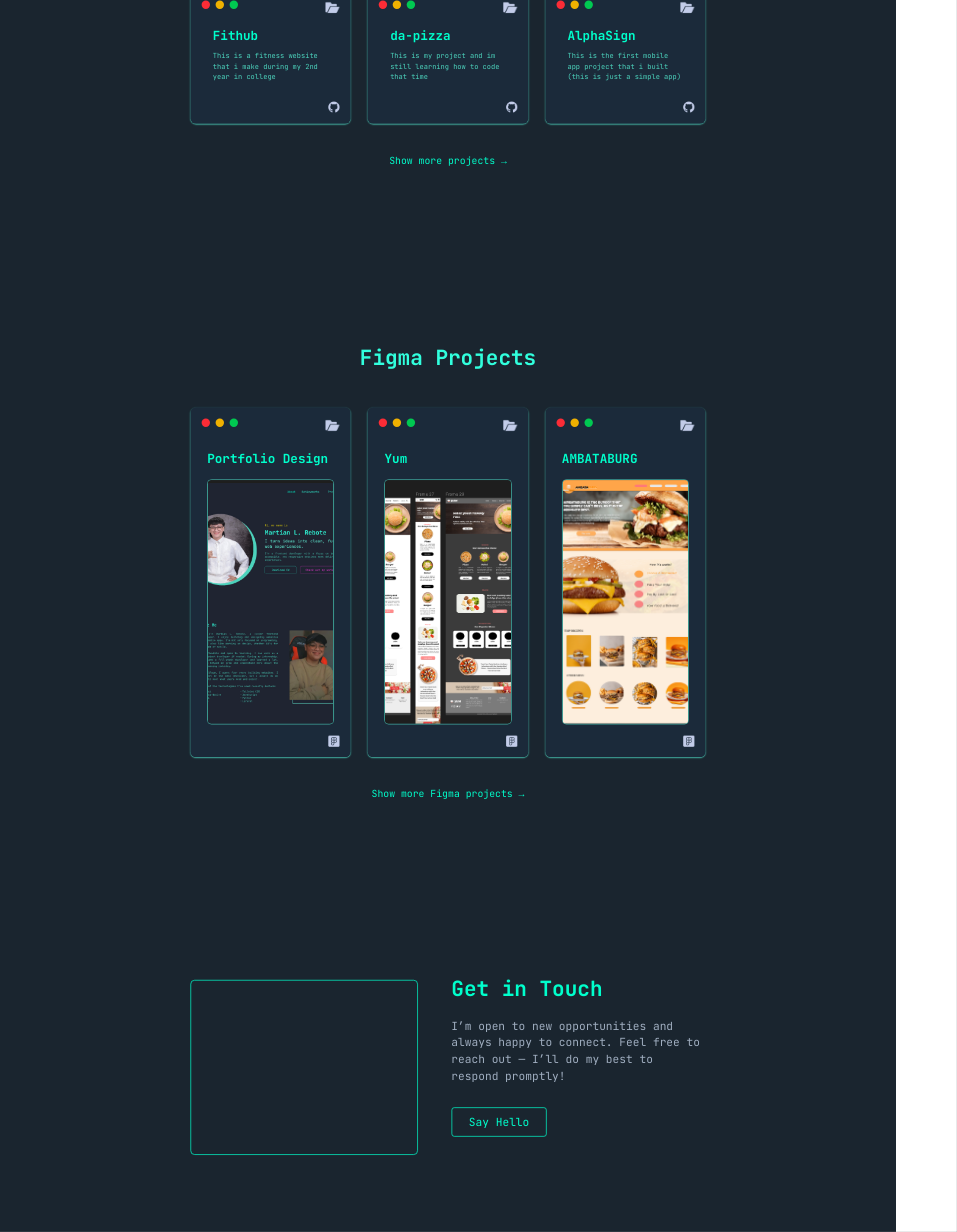
Repository: m4rsu-code/Portfolio
Page: / (app in my-portfolio/)
These files come from the project's save history. The page is drawn as it stood at one moment and after the next save; the edit follows.
The browser window is 1280 px wide. The page is 1367 px wide, so the pictures cover 1367 px, including what lies to the right of the window. The pictures show the part of the page from y = 3207 to 4967 px (the page is 4967 px tall), at 70% of full size.
The project was rebuilt for these pictures with package versions that can differ from the ones it lists, and the page was loaded fresh each time. Also part of the build but not shown: my-portfolio/vite.config.js, my-portfolio/src/assets/components/Modal/AchievementModal.jsx, my-portfolio/src/AchievementsPage.jsx, my-portfolio/src/ProjectPage.jsx, my-portfolio/src/FigmaProjectsPage.jsx.

Above is the page before, as saved 2025-08-04 18:15:47.

### my-portfolio/src/main.jsx
import { StrictMode } from "react";
import { createRoot } from "react-dom/client";
import { BrowserRouter as Router, Routes, Route } from "react-router-dom";
import "./assets/CSS/index.css";
import App from "./App.jsx";
import AchievementsPage from "./AchievementsPage.jsx";
import ProjectPage from "./ProjectPage.jsx";
import FigmaProjectsPage from "./FigmaProjectsPage.jsx";
import ScrollToTop from "./assets/components/ScrollToTop.jsx";

createRoot(document.getElementById("root")).render(
  <StrictMode>
    <Router>
      <ScrollToTop />
      <Routes>
        <Route path="/" element={<App />} />
        <Route path="/achievements" element={<AchievementsPage />} />
        <Route path="/projects" element={<ProjectPage />} />
        <Route path="/figma-projects" element={<FigmaProjectsPage />} />
      </Routes>
    </Router>
  </StrictMode>
);

### my-portfolio/src/assets/CSS/index.css
@import "tailwindcss";

@layer base {
  .font-jetbrains-mono {
    font-family: 'JetBrains Mono', monospace;
  }
}

### my-portfolio/src/App.jsx
import { useState } from 'react';
import { Link } from 'react-router-dom';
import Navbar from './assets/components/Navbar';
import AchievementModal from './assets/components/Modal/AchievementModal';
import './assets/CSS/animation.css';
import { achievements, projects, figmaProjects } from './assets/components/data';
import ScrollToTopButton from './assets/components/ScrollToTopButton';

function App() {
  const [isModalOpen, setIsModalOpen] = useState(false);
  const [selectedAchievement, setSelectedAchievement] = useState(null);

  const openModal = (achievement) => {
    setSelectedAchievement(achievement);
    setIsModalOpen(true);
  };

  const closeModal = () => {
    setIsModalOpen(false);
    setSelectedAchievement(null);
  };

  return (
    <div className='min-h-screen bg-[#1A252F]'>
      <Navbar />
      <ScrollToTopButton />
      <div className='w-full px-60 py-10'>
        {/* Introduction Section */}
        <div className="flex flex-col items-center justify-center mt-30">
          <div className="flex flex-col md:flex-row items-center justify-center gap-35 px-8 py-16">
            {/* Image with Glowing Effect */}
            <div className="relative">
              <div className="rounded-full border-[2px] border-[#00FFCC] overflow-hidden w-[500px] h-[500px] animate-glow">
                <img
                  src="/Images/me.png"
                  alt="Martian L. Rebote"
                  className="object-cover w-full h-full"
                />
              </div>
            </div>

            {/* Text Content */}
            <div className="text-center md:text-left font-jetbrains-mono">
              <div className='w-full md:w-[750px]'>
                <p className="text-[#FFEA00] text-[18px]">Hi, my name is</p>
                <h1 className="text-[#00FFCC] text-[45px] font-bold mt-2">Martian L. Rebote</h1>
                <p className="text-base text-[30px] font-bold text-[#57CDB9] mt-4">
                  I turn ideas into clean, functional web experiences.
                </p>
                <p className="mt-4 text-[#4CD2BC] leading-relaxed text-[18px]">
                  I’m a frontend developer with a focus on building fast, accessible, and responsive websites that deliver great user experiences.
                </p>
              </div>

              <div className="mt-6 flex flex-col sm:flex-row items-center gap-4">
                <a href="/Martian_Rebote_CV.pdf" className="border border-[#00FFCC] px-5 py-2 rounded-md text-[#00FFCC] hover:bg-[#00FFCC] hover:text-black transition-colors">
                  Download CV
                </a>
                <a href="#projects" className="border border-[#FF38E5] px-5 py-2 rounded-md text-[#FF38E5] hover:bg-[#FF38E5] hover:text-black transition-colors">
                  Check out my work!
                </a>
              </div>
            </div>
          </div>
        </div>

        {/* About Me Section */}
        <div id="about" className="flex flex-col mt-30">
          <div className='flex flex-col md:flex-row items-center justify-between gap-10 px-8 py-16'>
            <div className='w-full md:w-[800px] text-left font-jetbrains-mono'>
              <h2 className='text-[#31FFDD] text-[30px] font-bold mb-7'>About Me</h2>
              <div className='w-full md:w-[900px] text-justify px-5'>
                <p className='text-[#4CD2BC] text-[18px] mt-4'>
                  Hi, I’m Martian L. Rebote, a junior frontend developer. I enjoy building and designing websites and mobile apps. I’m not only focused on programming, but I also like working on design, whether it’s for the web or mobile.
                </p>
                <p className='text-[#4CD2BC] text-[18px] mt-4'>
                  I’m flexible and open to learning. I can work as a full-stack developer if needed. During my internship, I became a full-stack developer and learned a lot, which helped me grow and understand more about the programming industry.
                </p>
                <p className='text-[#4CD2BC] text-[18px] mt-4'>
                  Some of the technologies I’ve used recently include:
                </p>

                <div className='flex flex-col sm:flex-row gap-10 mt-4'>
                  <ul className='text-[#4CD2BC] text-[18px] mt-2 list-disc pl-5'>
                    <li>React</li>
                    <li>React-Native</li>
                    <li>HTML</li>
                    <li>CSS</li>
                  </ul>
                  <ul className='text-[#4CD2BC] text-[18px] mt-2 list-disc pl-5'>
                    <li>Tailwind CSS</li>
                    <li>JavaScript</li>
                    <li>Python</li>
                    <li>Laravel</li>
                  </ul>
                </div>
              </div>
            </div>

            <div className="relative image-container w-[380px] h-[450px] group cursor-pointer">
              <div className="absolute left-5 w-full h-full border-3 border-[#00FFCC] rounded-[10px] uneven-box z-0 transition-transform duration-300 ease-in-out"></div>
              <div className="relative z-10 rounded-[10px] overflow-hidden w-full h-full transition-transform duration-300 ease-in-out group-hover:translate-x-[-10px] group-hover:translate-y-[-10px]">
                <img
                  src="/Images/me2.jpg"
                  alt="Martian L. Rebote"
                  className="object-cover w-full h-full"
                />
              </div>
            </div>
          </div>
        </div>

        {/* Achievements Section */}
        <div id="achievements" className="flex flex-col mt-30 px-8 py-16 font-jetbrains-mono">
          <h2 className="text-[#31FFDD] text-[30px] font-bold mb-12">Notable Achievements</h2>

          {/* Cards Grid - Limited to first 2 achievements */}
          <div>
            {/* First Row */}
            <div className="grid md:grid-cols-2 gap-10">
              {/* Left card (code-like box with image) */}
              <div className="bg-[#1B2A3A] rounded-lg p-4 flex flex-col h-96">
                <div className="flex gap-2 mb-4">
                  <div className="w-3 h-3 bg-red-500 rounded-full"></div>
                  <div className="w-3 h-3 bg-yellow-500 rounded-full"></div>
                  <div className="w-3 h-3 bg-green-500 rounded-full"></div>
                </div>
                <div
                  className="border border-[#4CD2BC] rounded-md flex-grow overflow-hidden group cursor-pointer"
                  onClick={() => openModal(achievements[0])}
                >
                  <img
                    src={achievements[0].image}
                    alt="Achievement Image"
                    className="w-full h-full object-cover transition-transform duration-300 ease-in-out group-hover:scale-110"
                  />
                </div>
              </div>

              {/* Right card (trophy + achievement with text) */}
              <div className="flex flex-col h-64">
                <p className="text-[#31FFDD] text-sm mb-2">Featured Achievement</p>
                <h3 className="text-[#31FFDD] text-lg font-bold flex items-center gap-2">
                  🏆 {achievements[0].title}
                </h3>
                <div className="border border-[#4CD2BC] rounded-md flex-grow mt-4 p-4 text-[#4CD2BC] text-sm overflow-auto">
                  {achievements[0].description}
                </div>
                <p className="text-[#4CD2BC] text-sm mt-2">Date: {achievements[0].date}</p>
              </div>
            </div>

            {/* Second Row */}
            <div className="grid md:grid-cols-2 gap-10 mt-10">
              {/* Left card (trophy + achievement with text) */}
              <div className="flex flex-col h-64">
                <p className="text-[#31FFDD] text-sm mb-2">Featured Achievement</p>
                <h3 className="text-[#31FFDD] text-lg font-bold flex items-center gap-2">
                  🏆 {achievements[1].title}
                </h3>
                <div className="border border-[#4CD2BC] rounded-md flex-grow mt-4 p-4 text-[#4CD2BC] text-sm overflow-auto">
                  {achievements[1].description}
                </div>
                <p className="text-[#4CD2BC] text-sm mt-2">Date: {achievements[1].date}</p>
              </div>

              {/* Right card (code-like box with image) */}
              <div className="bg-[#1B2A3A] rounded-lg p-4 flex flex-col h-96">
                <div className="flex gap-2 mb-4">
                  <div className="w-3 h-3 bg-red-500 rounded-full"></div>
                  <div className="w-3 h-3 bg-yellow-500 rounded-full"></div>
                  <div className="w-3 h-3 bg-green-500 rounded-full"></div>
                </div>
                <div
                  className="border border-[#4CD2BC] rounded-md flex-grow overflow-hidden group cursor-pointer"
                  onClick={() => openModal(achievements[1])}
                >
                  <img
                    src={achievements[1].image}
                    alt="Achievement Image"
                    className="w-full h-full object-cover transition-transform duration-300 ease-in-out group-hover:scale-110"
                  />
                </div>
              </div>
            </div>
          </div>

          {/* Show more link */}
          <div className="text-center mt-10">
            <Link
                to="/achievements"
                state={{ achievements }}
                className="text-[#31FFDD] text-sm hover:underline"
              >
                Show more achievements →
              </Link>
          </div>
        </div>

        {/* Project Section */}
        <div id='projects' className="flex flex-col mt-30 px-8 py-16 font-jetbrains-mono">
          <h2 className="text-[#31FFDD] text-[30px] text-center font-bold mb-12">Featured Projects</h2>
          <div className="grid grid-cols-1 sm:grid-cols-2 lg:grid-cols-3 gap-6">
            {projects.slice(0, 6).map((project) => (
              <div
                key={project.id}
                className="bg-[#1B2A3A] rounded-lg p-4 flex flex-col h-48 relative group shadow-xs shadow-[#4CD2BC] cursor-pointer transform transition-transform duration-300 ease-in-out hover:-translate-y-2"
              >
                <div className="flex gap-2">
                  <div className="w-3 h-3 bg-red-500 rounded-full"></div>
                  <div className="w-3 h-3 bg-yellow-500 rounded-full"></div>
                  <div className="w-3 h-3 bg-green-500 rounded-full"></div>
                  <div className="justify-end ml-auto">
                    <img src="/Images/open-folder.png" alt="Folder Icon" className="w-5 h-5" />
                  </div>
                </div>
                <div className="text-left rounded-md flex-grow p-4">
                  <h3 className="text-[#00FFCC] text-[18px] font-bold mb-2">{project.title}</h3>
                  <p className="text-[#4CD2BC] text-[10px]">{project.description}</p>
                </div>
                <div className="flex justify-end gap-2">
                  {project.githubLink ? (
                    <a href={project.githubLink} target="_blank" rel="noopener noreferrer" aria-label={`View ${project.title} on GitHub`}>
                      <img
                        src="/Images/github.png"
                        alt="GitHub Icon"
                        className="w-4 h-4 hover:invert hover:brightness-0 hover:sepia hover:saturate-[100%]"
                      />
                    </a>
                  ) : (
                    <img
                      src="/Images/github.png"
                      alt="GitHub Icon"
                      className="w-4 h-4 hover:invert hover:brightness-0 hover:sepia hover:saturate-[100%]"
                    />
                  )}
                  {project.title === 'Portfolio' && project.link && (
                    <a href={project.link} target="_blank" rel="noopener noreferrer" aria-label="View Portfolio Website">
                      <img
                        src="/Images/link.png"
                        alt="Link Icon"
                        className="w-4 h-4 hover:invert hover:brightness-0 hover:sepia hover:saturate-[100%]"
                      />
                    </a>
                  )}
                </div>
              </div>
            ))}
          </div>

          {projects.length > 6 && (
            <div className="text-center mt-10">
              <Link
                to="/projects"
                state={{ projects }}
                className="text-[#00FFCC] text-sm hover:underline"
              >
                Show more projects →
              </Link>
            </div>
          )}
        </div>

        {/* Figma Projects Section */}
        <div className="flex flex-col mt-30 px-8 py-16 font-jetbrains-mono">
          <h2 className="text-[#31FFDD] text-[30px] text-center font-bold mb-12">Figma Projects</h2>
          <div className="grid grid-cols-1 sm:grid-cols-2 lg:grid-cols-3 gap-6">
            {figmaProjects.slice(0, 3).map((project) => (
              <div
                key={project.id}
                className="bg-[#1B2A3A] rounded-lg p-4 flex flex-col h-[500px] relative group shadow-xs shadow-[#4CD2BC] cursor-pointer transform transition-transform duration-300 ease-in-out hover:-translate-y-2"
              >
                {/* Header with window controls and folder icon */}
                <div className="flex gap-2 mb-4">
                  <div className="w-3 h-3 bg-red-500 rounded-full"></div>
                  <div className="w-3 h-3 bg-yellow-500 rounded-full"></div>
                  <div className="w-3 h-3 bg-green-500 rounded-full"></div>
                  <div className="justify-end ml-auto">
                    <img src="/Images/open-folder.png" alt="Folder Icon" className="w-5 h-5" />
                  </div>
                </div>

                {/* Project Title */}
                <div className="flex items-start justify-start p-2">
                  <h3 className="text-[#00FFCC] text-[18px] font-bold">{project.title}</h3>
                </div>

                {/* Image with Border and No Overlap */}
                <div className="flex-grow flex items-center justify-center p-2">
                  <div className="border border-[#4CD2BC] rounded-md w-full h-[350px] overflow-hidden ">
                    <img
                      src={project.image}
                      alt={`${project.title} Image`}
                      className="w-full h-full object-cover"
                      onError={(e) => (e.target.src = '/Images/fallback.png')}
                      loading="lazy"
                    />
                  </div>
                </div>

                {/* Figma Link */}
                <div className="flex justify-end gap-2 mt-2">
                  {project.figmaLink && (
                    <a
                      href={project.figmaLink}
                      target="_blank"
                      rel="noopener noreferrer"
                      aria-label={`View ${project.title} on Figma`}
                    >
                      <img
                        src="/Images/figma.png"
                        alt="Figma Icon"
                        className="w-4 h-4 hover:invert hover:brightness-0 hover:sepia hover:saturate-[100%]"
                      />
                    </a>
                  )}
                </div>
              </div>
            ))}
          </div>
          {figmaProjects.length > 3 && (
            <div className="text-center mt-10">
              <Link
                to="/figma-projects"
                state={{ figmaProjects }}
                className="text-[#00FFCC] text-sm hover:underline"
              >
                Show more Figma projects →
              </Link>
            </div>
          )}
        </div>

        {/* Contact section */}
        <div className="flex flex-col mt-30 px-8 py-16 font-jetbrains-mono">
          <div className="flex flex-col md:flex-row items-center justify-center gap-12 max-w-6xl w-full">

            {/* Left side — the outlined box */}
            <div className="border border-[#00FFCC]  md:w-[400px] md:h-[250px] rounded-md"></div>

            {/* Right side — text, button, and icons */}
            <div className="text-center md:text-left">
              <h2 className="text-[#00FFCC] text-2xl md:text-3xl font-bold mb-6">Get in Touch</h2>
              <p className="text-[#A0AEC0] text-sm md:text-base mb-8 max-w-md">
                I’m open to new opportunities and always happy to connect. Feel free to reach out — I’ll do my best to respond promptly!
              </p>
              <button className="border border-[#00FFCC] text-[#00FFCC] px-6 py-2 rounded hover:bg-[#00FFCC] hover:text-[#131A26] transition duration-300 mb-8">
                Say Hello
              </button>

              {/* Social icons */}
              <div className="flex items-center justify-center md:justify-start gap-4 text-[#A0AEC0]">
                <a href="#" className="hover:text-[#00FFCC]">
                  <i className="fab fa-facebook text-2xl"></i>
                </a>
                <a href="#" className="hover:text-[#00FFCC]">
                  <i className="fab fa-instagram text-2xl"></i>
                </a>
                <a href="#" className="hover:text-[#00FFCC]">
                  <i className="fab fa-x-twitter text-2xl"></i>
                </a>
                <a href="#" className="hover:text-[#00FFCC]">
                  <i className="fab fa-linkedin text-2xl"></i>
                </a>
              </div>
            </div>
          </div>
        </div>


        {/* Modal */}
        {isModalOpen && selectedAchievement && (
          <AchievementModal
            image={selectedAchievement.image}
            title={selectedAchievement.title}
            description={selectedAchievement.description}
            date={selectedAchievement.date}
            onClose={closeModal}
          />
        )}
      </div>
    </div>
  );
}

export default App;

### my-portfolio/src/assets/components/ScrollToTop.jsx
import { useEffect } from 'react';
import { useLocation } from 'react-router-dom';

const ScrollToTop = () => {
  const { pathname } = useLocation();

  useEffect(() => {
    // Scrolls to the top of the window on pathname change
    window.scrollTo(0, 0);
  }, [pathname]);

  return null;
};

export default ScrollToTop;

### my-portfolio/src/assets/components/Navbar.jsx
import React from 'react';
import '../CSS/Navbar.css'; // Import the CSS for styling

function Navbar() {
  return (
    <nav className="w-full px-10 py-4 flex justify-between items-center fixed top-0 left-0 z-50 bg-transparent backdrop-blur-md font-jetbrains-mono">
      {/* Logo on the left */}
      <a href="/" className='text-3xl font-bold text-[#FF38E5] cursor-pointer'>m4rsu</a>
      {/* Navigation links on the right */}
      <div className='flex gap-10 text-base'>
        <a href='#about' className='text-[#31FFDD] text-[15px] font-light nav-link'>About</a>
        <a href='#achievements' className='text-[#31FFDD] text-[15px] font-light nav-link'>Achievements</a>
        <a href='#projects' className='text-[#31FFDD] text-[15px] font-light nav-link'>Projects</a>
        <a href='#contact' className='text-[#31FFDD] text-[15px] font-light nav-link'>Contact</a>
      </div>
    </nav>
  );
}

export default Navbar;

### my-portfolio/src/assets/CSS/animation.css
@keyframes glow {
  0% {
    box-shadow: 0 0 5px #00FFCC, 0 0 10px #00FFCC, 0 0 15px #00FFCC, 0 0 20px #00FFCC;
  }
  50% {
    box-shadow: 0 0 10px #00FFCC, 0 0 20px #00FFCC, 0 0 30px #00FFCC, 0 0 40px #00FFCC;
  }
  100% {
    box-shadow: 0 0 5px #00FFCC, 0 0 10px #00FFCC, 0 0 15px #00FFCC, 0 0 20px #00FFCC;
  }
}

@keyframes glow {
  0% {
    box-shadow: 0 0 5px #00FFCC, 0 0 10px #00FFCC;
  }
  50% {
    box-shadow: 0 0 15px #00FFCC, 0 0 25px #00FFCC;
  }
  100% {
    box-shadow: 0 0 5px #00FFCC, 0 0 10px #00FFCC;
  }
}

.animate-glow {
  animation: glow 2s ease-in-out infinite;
}

.uneven-box {
  transform: translateY(20px); /* move it downward initially */

  transition: transform 0.3s ease-in-out;
}

.image-container:hover .uneven-box {
  transform: translateY(30px); /* move it further down on hover */
}

### my-portfolio/src/assets/CSS/Navbar.css
.nav-link {
  position: relative;
  text-decoration: none;
}

.nav-link::after {
  content: '';
  position: absolute;
  width: 100%;
  height: 2px;
  bottom: -2px;
  left: 0;
  background-color: #31FFDD;
  transform: scaleX(0);
  transform-origin: bottom right;
  transition: transform 0.3s ease-in-out;
}

.nav-link:hover::after {
  transform: scaleX(1);
  transform-origin: bottom left;
}

Loaded but not shown: my-portfolio/index.html (common file); my-portfolio/src/assets/components/data.jsx (105 lines, source omitted); my-portfolio/src/assets/components/ScrollToTopButton.jsx (68 lines, source omitted)

After the next save:
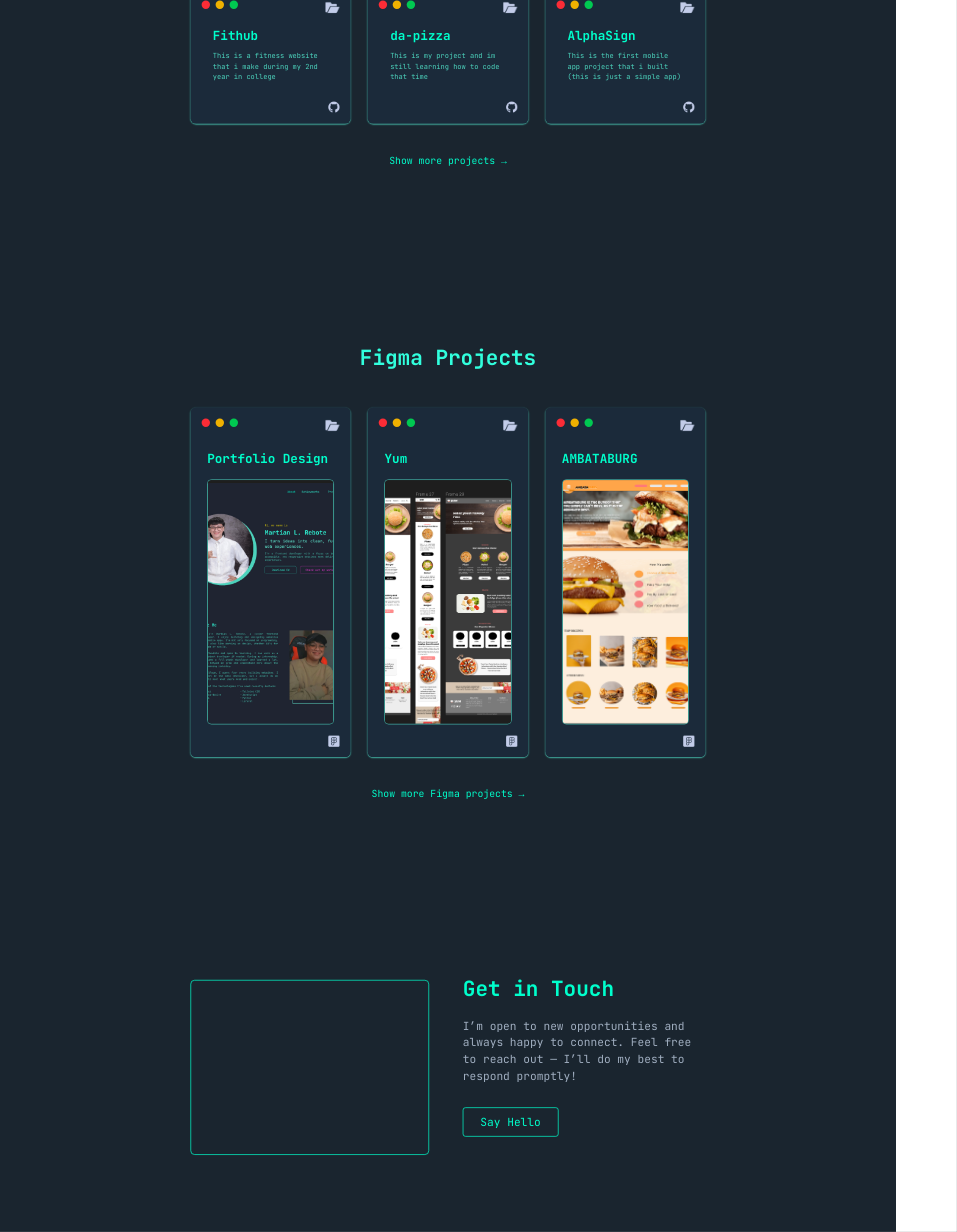
Saved 7 s later.
--- a/my-portfolio/src/App.jsx
+++ b/my-portfolio/src/App.jsx
@@ -336,7 +336,7 @@ function App() {
           <div className="flex flex-col md:flex-row items-center justify-center gap-12 max-w-6xl w-full">
 
             {/* Left side — the outlined box */}
-            <div className="border border-[#00FFCC]  md:w-[400px] md:h-[250px] rounded-md"></div>
+            <div className="border border-[#00FFCC] md:w-[440px] md:h-[250px] rounded-md"></div>
 
             {/* Right side — text, button, and icons */}
             <div className="text-center md:text-left">
